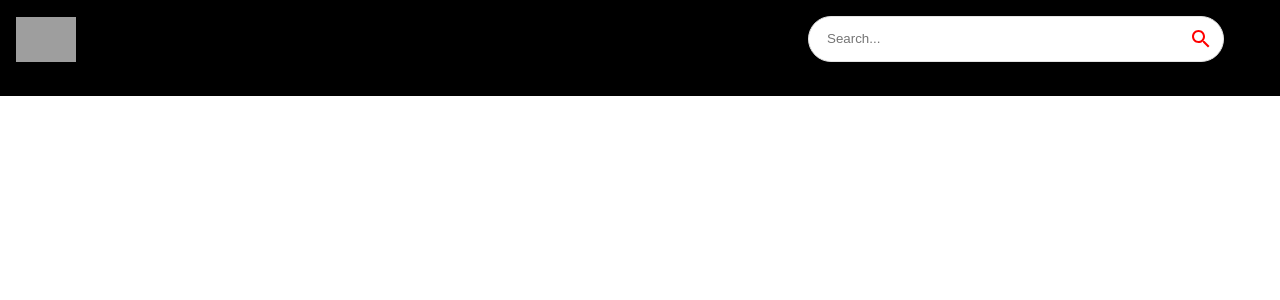
Repository: Ellisvelandia/YOUTUBE2
Page: /
These files come from the project's save history. The page is drawn as it stood at one moment and after a run of saves; the edit follows.
The browser window is 1280 px wide. The pictures show the whole page.
Pictures or frames that could not be fetched are drawn as grey boxes. The project was rebuilt for these pictures with package versions that can differ from the ones it lists, and the page was loaded fresh each time. Also part of the build but not shown: src/components/ChannelDetail.jsx, src/utils/constants.js, src/components/VideoDetail.jsx, src/components/SearchFeed.jsx.

Above is the page before, as saved 2022-08-26 16:56:58.

### public/index.html
<!DOCTYPE html>
<html lang="en">
  <head>
    <meta charset="utf-8" />
    <link rel="icon" href="%PUBLIC_URL%/favicon.ico" />
    <meta name="viewport" content="width=device-width, initial-scale=1" />
    <meta name="theme-color" content="#000000" />
    <meta
      name="description"
      content="Web site created using create-react-app"
    />
    <link rel="apple-touch-icon" href="%PUBLIC_URL%/logo192.png" />

    <link rel="manifest" href="%PUBLIC_URL%/manifest.json" />

    <link
      rel="stylesheet"
      href="https://fonts.googleapis.com/css?family=Roboto:300,400,500,700&display=swap"
    />
    <link
      rel="stylesheet"
      href="https://fonts.googleapis.com/icon?family=Material+Icons"
    />
    <title>Youtube 2.0 App</title>
  </head>
  <body>
    <noscript>You need to enable JavaScript to run this app.</noscript>
    <div id="root"></div>
  </body>
</html>

### src/components/index.js
export { default as ChannelDetail } from "./ChannelDetail";
export { default as Feed } from "./Feed";
export { default as Navbar } from "./Navbar";
export { default as VideoDetail } from "./VideoDetail";
export { default as SearchFeed } from "./SearchFeed";
export { default as SearchBar } from "./SearchBar";

### src/components/Feed.jsx
import {useState, useEffect} from 'react';
import { Box, Stack, Typography } from '@mui/material';

const Feed = () => {
  return (
    <div>Feed</div>
  )
}

export default Feed

### src/components/Navbar.jsx
import { Stack } from "@mui/material";
import { Link } from "react-router-dom";

import { logo } from "../utils/constants";
import SearchBar from "./SearchBar";

const Navbar = () => (
  <Stack
    direction="row"
    alignItems="center"
    p={2}
    sx={{
      position: "sticky",
      background: "#000",
      top: 0,
      justifyContent: "space-between",
    }}
  >
    <Link to="/" style={{ display: "flex", alignItems: "center" }}>
      <img src={logo} alt="logo" height={45} />
    </Link>
    <SearchBar />
  </Stack>
);

export default Navbar;

### src/components/SearchBar.jsx
// import { useState } from "react";
// import { useNavigate } from "react-router-dom";
import { Paper, IconButton } from "@mui/material";
import { Search } from "@mui/icons-material";

const SearchBar = () => {
  return (
    <Paper
      component="form"
      onSubmit={() => {}}
      sx={{
        borderRadius: 20,
        border: "1px solid #e3e3e3",
        pl: 2,
        boxShadow: "none",
        mr: { sm: 5 },
      }}
    >
      <input
        className="search-bar"
        placeholder="Search..."
        value=""
        onChange={() => {}}
      />
      <IconButton type="submit" sx={{ p: "10px", color: "red" }}>
        <Search />
      </IconButton>
    </Paper>
  );
};

export default SearchBar;

Loaded but not shown: src/index.js (common file); src/App.js (common file); src/index.css (common file)

After the next 2 saves:
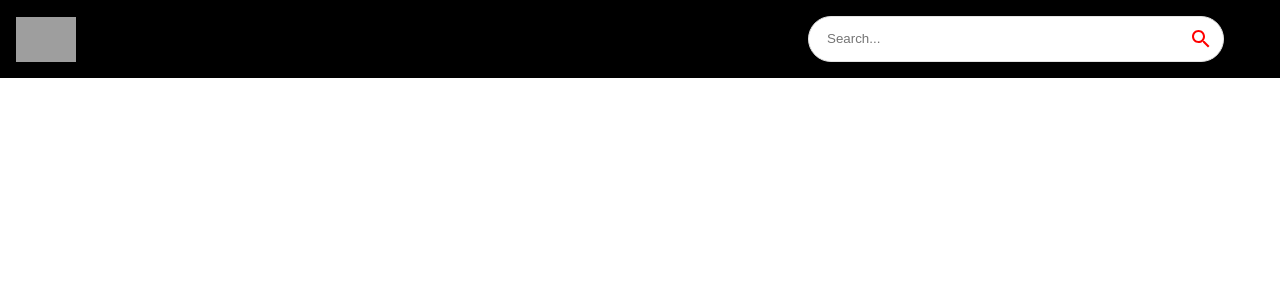
The 2 saves are shown as one change because they came seconds apart.
The last was saved 12 s later.
--- a/src/components/Feed.jsx
+++ b/src/components/Feed.jsx
@@ -3,8 +3,8 @@
 
 const Feed = () => {
   return (
-    <div>Feed</div>
-  )
+<></>
+    )
 }
 
 export default Feed
